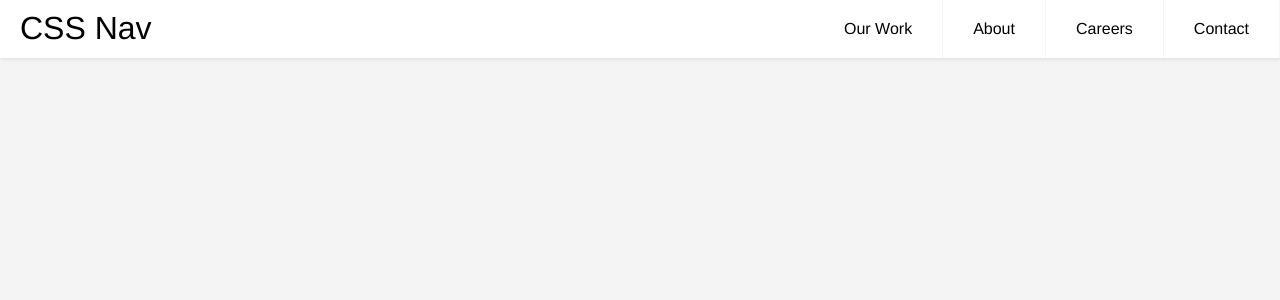
Repository: Michelhof1978/hamburger
Page: index.html
These files come from the project's save history. The page is drawn as it stood at one moment and after a run of saves; the edit follows.
The browser window is 1280 px wide. The pictures show the whole page.

Above is the page before, as saved 2022-11-07 19:19:10.
Not found: script.js

After the next 2 saves:
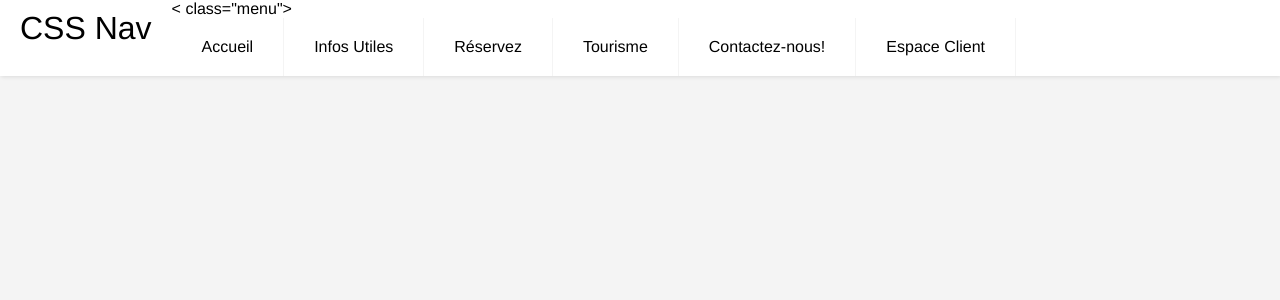
The 2 saves are shown as one change because they came seconds apart.
The last was saved 28 s later.
--- a/index.html
+++ b/index.html
@@ -12,12 +12,16 @@
         <a href="" class="logo">CSS Nav</a>
         <input class="menu-btn" type="checkbox" id="menu-btn" />
         <label class="menu-icon" for="menu-btn"><span class="navicon"></span></label>
-        <ul class="menu">
-          <li><a href="#work">Our Work</a></li>
-          <li><a href="#about">About</a></li>
-          <li><a href="#careers">Careers</a></li>
-          <li><a href="#contact">Contact</a></li>
-        </ul>
+        < class="menu">
+            <ul>
+                <li><a href="index.html">Accueil</a></li>
+                <li><a href="infos.html">Infos Utiles</a></li>
+                <li><a href="reservation.html">Réservez </a></li>
+                <li><a href="tourisme.html">Tourisme</a></li>
+                <li><a href="contact.html">Contactez-nous!</a></li>
+                <li><a href="espaceclient.html">Espace Client</a></li>
+            </ul>
+
       </header>
 </body>
 </html>
